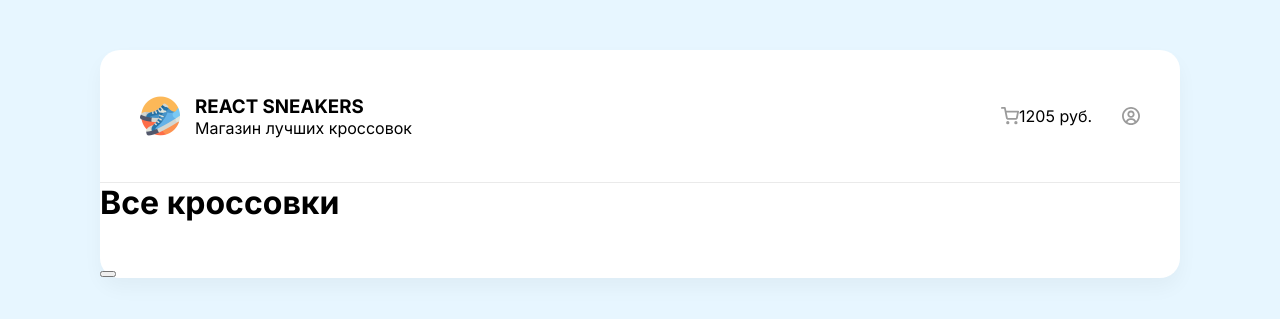
Repository: VaheHarutyunyan/react-sneakers
Page: /
An editor plug-in stored every save of this project. The page is shown before and after the next save, followed by the edit.
The browser window is 1280 px wide. The pictures show the whole page.
The project was rebuilt for these pictures with package versions that can differ from the ones it lists, and the page was loaded fresh each time.

Above is the page before, as saved 2021-07-22 13:11:34.

### public/index.html
<!DOCTYPE html>
<html lang="en">

<head>
  <meta charset="utf-8" />
  <link rel="icon" href="%PUBLIC_URL%/favicon.ico" />
  <meta name="viewport" content="width=device-width, initial-scale=1" />
  <meta name="theme-color" content="#000000" />
  <meta name="description" content="Web site created using create-react-app" />
  <link rel="apple-touch-icon" href="%PUBLIC_URL%/logo192.png" />
  <!--
      manifest.json provides metadata used when your web app is installed on a
      user's mobile device or desktop. See https://developers.google.com/web/fundamentals/web-app-manifest/
    -->
  <link rel="manifest" href="%PUBLIC_URL%/manifest.json" />
  <!--
      Notice the use of %PUBLIC_URL% in the tags above.
      It will be replaced with the URL of the `public` folder during the build.
      Only files inside the `public` folder can be referenced from the HTML.

      Unlike "/favicon.ico" or "favicon.ico", "%PUBLIC_URL%/favicon.ico" will
      work correctly both with client-side routing and a non-root public URL.
      Learn how to configure a non-root public URL by running `npm run build`.
    -->
  <link rel="preconnect" href="https://fonts.googleapis.com">
  <link rel="preconnect" href="https://fonts.gstatic.com" crossorigin>
  <link href="https://fonts.googleapis.com/css2?family=Inter:wght@400;500;600;700;800&display=swap" rel="stylesheet">
  <title>React Sneakers</title>
</head>

<body>
  <noscript>You need to enable JavaScript to run this app.</noscript>
  <div id="root"></div>
  <!--
      This HTML file is a template.
      If you open it directly in the browser, you will see an empty page.

      You can add webfonts, meta tags, or analytics to this file.
      The build step will place the bundled scripts into the <body> tag.

      To begin the development, run `npm start` or `yarn start`.
      To create a production bundle, use `npm run build` or `yarn build`.
    -->
</body>

</html>

### src/index.scss
// @import url('https://fonts.googleapis.com/css2?family=Inter:wght@400;500;600;700;800&display=swap');

body {
  margin: 0;
  font-family:'Inter', system-ui;
  -webkit-font-smoothing: antialiased;
  -moz-osx-font-smoothing: grayscale;
  background: #E7F6FF;
}
*{
  list-style: none;
  text-decoration: none;
}
.wrapper{
  background: #FFFFFF;
  box-shadow: 0px 10px 20px rgba(0, 0, 0, 0.04);
  border-radius: 20px;
  max-width: 1080px;
  margin: 50px auto;
}
header{
  display: flex;
  justify-content: space-between;
  align-items: center;
  padding: 40px;
  border-bottom: 1px solid #EAEAEA;

  .headerLeft{
    display: flex;
    align-items: center;

    img{
      margin-right: 15px;
    }
    h3,p{
      margin: 0;
    }
    .headerInfo{
      h3{
        text-transform: uppercase;
      }
    }
  }
  .headerRight{
    display: flex;
    li{
      display: flex;
      align-items: center;
    }
    .chart{
      margin-right: 30px;
    }
  }
}
.content{
  h1{
    margin: 0;
  }
}

### src/App.js

function App() {
  return (
    <div className="wrapper">
      <header>
        <div className="headerLeft">
          <img width="40" height="40" src="/img/logo.png" alt="logo" />
          <div className="headerInfo">
            <h3>REACT SNEAKERS</h3>
            <p>Магазин лучших кроссовок</p>
          </div>
        </div>
        <ul className="headerRight">
          <li className="chart">
            <img src="/img/cart.svg" width={18} height={18} alt="" />
            <span>1205 руб.</span>
          </li>
          <li>
            <img src="/img/user.svg" width={18} height={18} alt="" />
          </li>
        </ul>
      </header>
      <div className="content">
        <h1>Все кроссовки</h1>
        <div className="card">
          <img src="" alt="" />
          <p></p>
          <div>
            <div>
              <span></span>
              <b></b>
            </div>
            <button></button>
          </div>
        </div>
      </div>
    </div>
  );
}

export default App;

Loaded but not shown: src/index.js (common file)

After the next save:
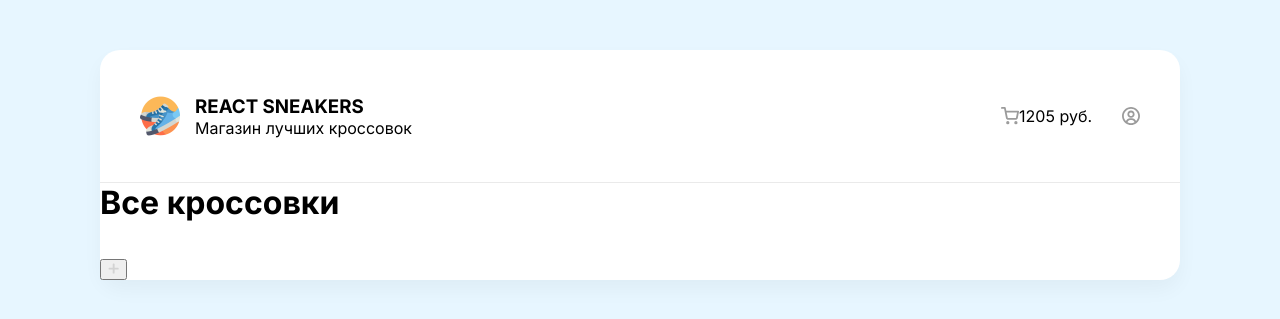
Saved 87 s later.
--- a/src/App.js
+++ b/src/App.js
@@ -30,7 +30,9 @@
               <span></span>
               <b></b>
             </div>
-            <button></button>
+            <button>
+              <img src="/img/plus.svg" alt="" height={11} width={11} />
+            </button>
           </div>
         </div>
       </div>
